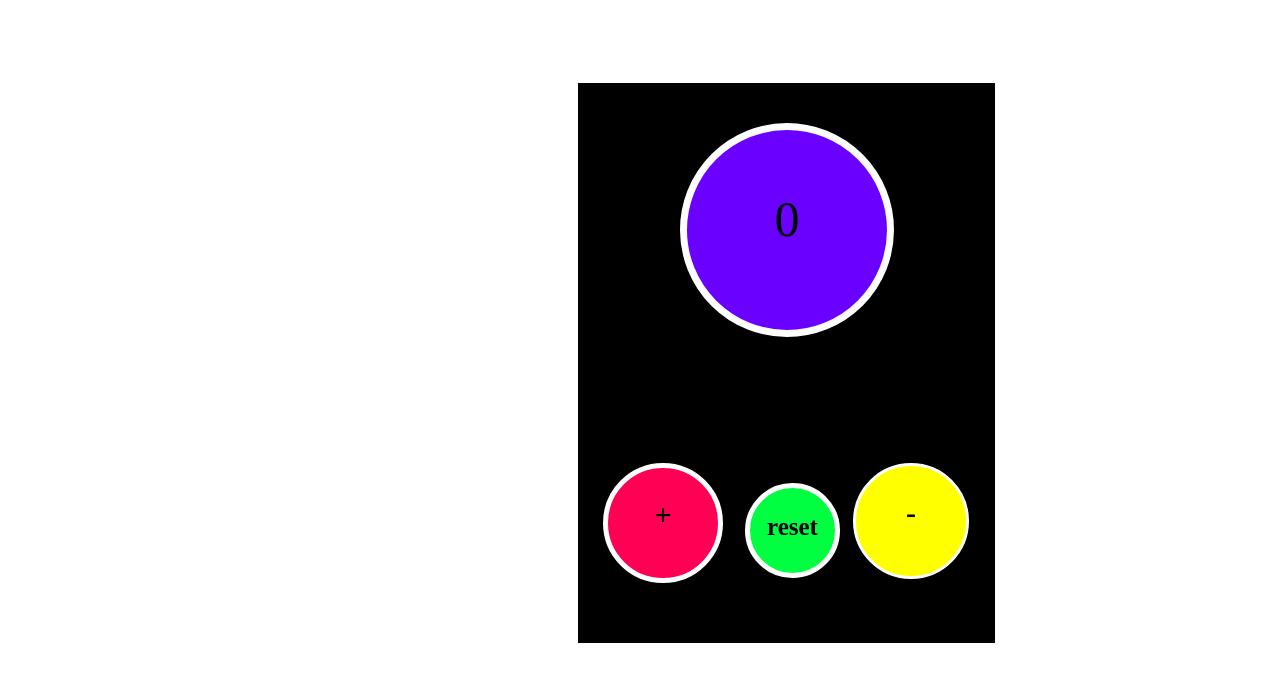
Repository: sara55m/Counter_App
Page: index.html
An editor plug-in stored every save of this project. The page is shown before and after the next save, followed by the edit.
The browser window is 1280 px wide. The pictures show the whole page.

Above is the page before, as saved 2024-07-31 18:04:38.

After the next save:
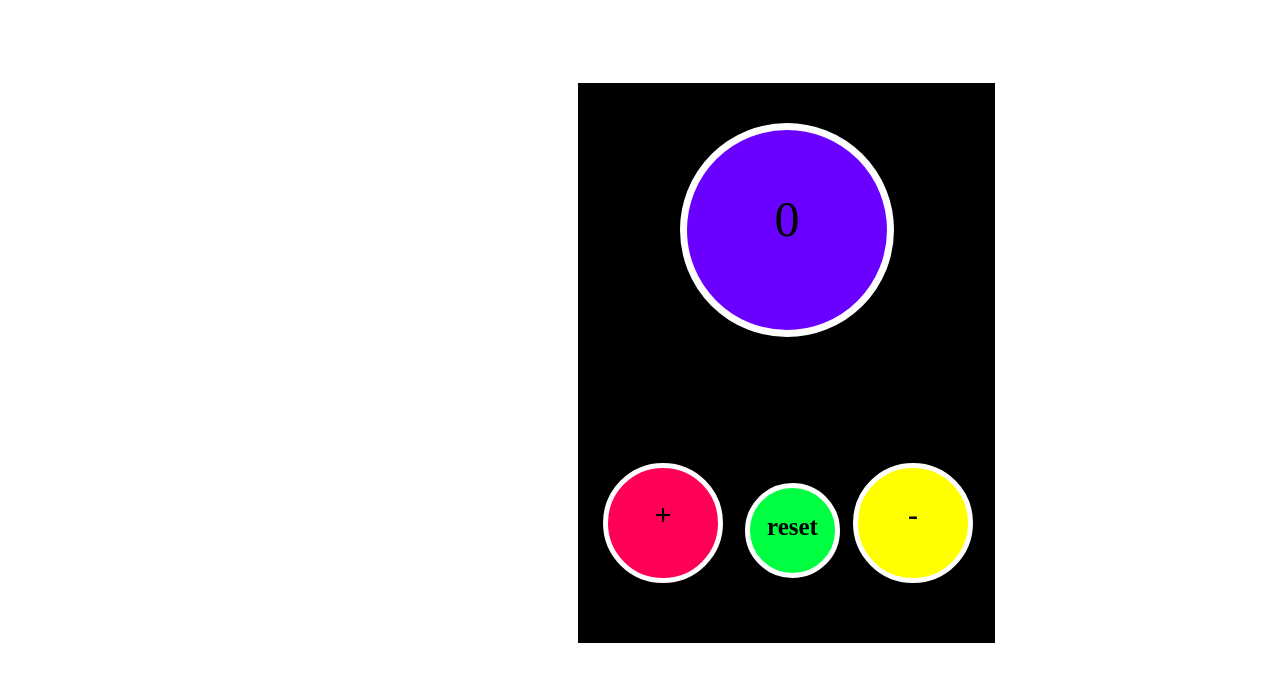
Saved 6 s later.
--- a/css/style.css
+++ b/css/style.css
@@ -50,7 +50,7 @@ p.first,p.second{
     height:110px;
     width:110px;
     border-radius: 50%;
-    border:3px solid white;
+    border:5px solid white;
     background-color:yellow;
     text-align: center;
     font-weight: bolder;
